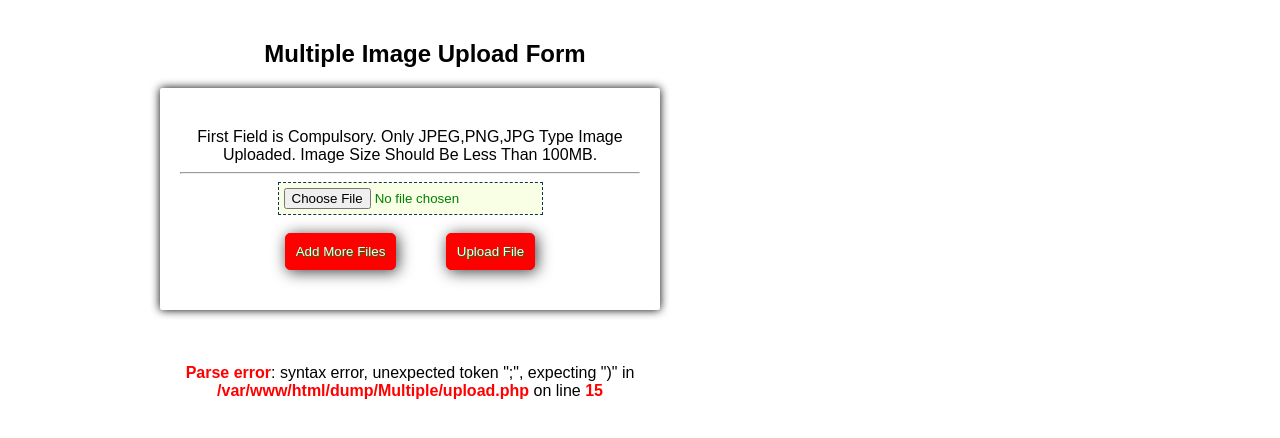
Repository: iker592/PhotoBook
Page: http://localhost/dump/Multiple/multiupload.php
The author's editor kept a record of every edit. The page is drawn from the files as they stood at one moment, then again after the next edit.
The browser window is 1280 px wide. The pictures show the whole page.
Some web fonts or font styles are not loaded; a fallback is used. The page is run by PHP 8.4 with error messages shown; the project is at /var/www/html/.

Above is the page before.

### dump/Multiple/multiupload.php
<!DOCTYPE html>
<html>
    <head>
		<title>Upload Multiple Images Using jquery and PHP</title>
		<!-------Including jQuery from google------>
        <script src="jquery.js"></script>
        <script src="script.js"></script>

		<!-------Including CSS File------>
        <link rel="stylesheet" type="text/css" href="style.css">
    <body>
        <div id="maindiv">

            <div id="formdiv">
                <h2>Multiple Image Upload Form</h2>
                <form enctype="multipart/form-data" action="" method="post">
                    First Field is Compulsory. Only JPEG,PNG,JPG Type Image Uploaded. Image Size Should Be Less Than 100MB.
                    <hr/>
                    <div id="filediv"><input name="file[]" type="file" id="file"/></div><br/>

                    <input type="button" id="add_more" class="upload" value="Add More Files"/>
                    <input type="submit" value="Upload File" name="submit" id="upload" class="upload"/>
                </form>
                <br/>
                <br/>
				<!-------Including PHP Script here------>
                <?php include "upload.php"; ?>
            </div>

		   <!-- Right side div -->

        </div>
    </body>
</html>

### dump/Multiple/upload.php
<?php
if (isset($_POST['submit'])) {
    $j = 0; //Variable for indexing uploaded image

	$target_path = "../../imagenes/"; //Declaring Path for uploaded images
    for ($i = 0; $i < count($_FILES['file']['name']); $i++) {//loop to get individual element from the array
    $target_path = "../../imagenes/";
        $validextensions = array("jpeg", "jpg", "png");  //Extensions which are allowed
        $ext = explode('.', basename($_FILES['file']['name'][$i]));//explode file name from dot(.)
        echo $ext;

        $file_extension = end($ext); //store extensions in the variable

	//	$target_path = $target_path . md5(uniqid()) . "." . $ext[count($ext) - 1];//set the target path with a new name of image
	    $target_path = $target_path . basename($_FILES['file']['name'][$i];
		echo $target_path;
        $j = $j + 1;//increment the number of uploaded images according to the files in array

	  if (($_FILES["file"]["size"][$i] < 100000000) //Approx. 100kb files can be uploaded.
                && in_array($file_extension, $validextensions)) {
            if (move_uploaded_file($_FILES['file']['tmp_name'][$i], $target_path)) {//if file moved to uploads folder
                echo $j. ').<span id="noerror">Image uploaded successfully!.</span><br/><br/>';
            } else {//if file was not moved.
                echo $j. ').<span id="error">please try again!.</span><br/><br/>';
            }
        } else {//if file size and file type was incorrect.
            echo $j. ').<span id="error">***Invalid file Size or Type***</span><br/><br/>';
        }

		// A simple PHP script demonstrating how to connect to MySQL.
		// Press the 'Run' button on the top to start the web server,
		// then click the URL that is emitted to the Output tab of the console.
		 $servername = getenv('IP');
		 $username = getenv('C9_USER');
		 $password = "";
		 $database = "photobook";
		 $dbport = 3306;
		 // Create connection
		 $mysqli = new mysqli($servername, $username, $password, $database, $dbport);
		 // Check connection
		if ($mysqli->connect_error) {
		    die("Connection failed: " . $mysqli->connect_error);
		}
	//	echo "Connected successfully (".$mysqli->host_info.")";
		//$tituloAlbum=$_POST['titulo'];
		$nombreImagen=substr($nombreImagen, 0, -4);
		$sql="INSERT INTO foto (album,usuario,src,titulo) VALUES ('prueba','iker','$target_path','$nombreImagen')";

		if (!mysqli_query($mysqli ,$sql))
		{
			die('Error: ' . mysqli_error($mysqli));
		}
		else echo 'valores insertados';
    }
}
?>

### dump/Multiple/script.js
var abc = 0; //Declaring and defining global increement variable

$(document).ready(function() {

//To add new input file field dynamically, on click of "Add More Files" button below function will be executed
    $('#add_more').click(function() {
        $(this).before($("<div/>", {id: 'filediv'}).fadeIn('slow').append(
                $("<input/>", {name: 'file[]', type: 'file', id: 'file'}),
                $("<br/><br/>")
                ));
    });

//following function will executes on change event of file input to select different file
$('body').on('change', '#file', function(){
            if (this.files && this.files[0]) {
                 abc += 1; //increementing global variable by 1

				var z = abc - 1;
                var x = $(this).parent().find('#previewimg' + z).remove();
                $(this).before("<div id='abcd"+ abc +"' class='abcd'><img id='previewimg" + abc + "' src=''/></div>");

			    var reader = new FileReader();
                reader.onload = imageIsLoaded;
                reader.readAsDataURL(this.files[0]);

			    $(this).hide();
                $("#abcd"+ abc).append($("<img/>", {id: 'img', src: 'x.png', alt: 'delete'}).click(function() {
                $(this).parent().parent().remove();
                }));
            }
        });

//To preview image
    function imageIsLoaded(e) {
        $('#previewimg' + abc).attr('src', e.target.result);
    };

    $('#upload').click(function(e) {
        var name = $(":file").val();
        if (!name)
        {
            alert("First Image Must Be Selected");
            e.preventDefault();
        }
    });
});

### dump/Multiple/style.css
@import url(http://fonts.googleapis.com/css?family=Droid+Sans);
form{
    background-color:white;
}
#maindiv{
    width:960px;
    margin:10px auto;
    padding:10px;
    font-family: 'Droid Sans', sans-serif;
}
#formdiv{
    width:500px;
    float:left;
    text-align: center;
}
form{
    padding: 40px 20px;
    box-shadow: 0px 0px 10px;
    border-radius: 2px;
}
h2{
    margin-left: 30px;
}
.upload{
    background-color:#ff0000;
    border:1px solid #ff0000;
    color:#fff;
    border-radius:5px;
    padding:10px;
    text-shadow:1px 1px 0px green;
    box-shadow: 2px 2px 15px rgba(0,0,0, .75);
}
.upload:hover{
    cursor:pointer;
    background:#c20b0b;
    border:1px solid #c20b0b;
    box-shadow: 0px 0px 5px rgba(0,0,0, .75);
}
#file{
    color:green;
    padding:5px; border:1px dashed #123456;
    background-color: #f9ffe5;
}
#upload{
    margin-left: 45px;
}

#noerror{
    color:green;
    text-align: left;
}
#error{
    color:red;
    text-align: left;
}
#img{
    width: 17px;
    border: none;
    height:17px;
    margin-left: -20px;
    margin-bottom: 91px;
}

.abcd{
    text-align: center;
}

.abcd img{
    height:100px;
    width:100px;
    padding: 5px;
    border: 1px solid rgb(232, 222, 189);
}
b{
    color:red;
}
#formget{
    float:right;

}

Loaded but not shown: dump/Multiple/jquery.js (library)

After the next edit:
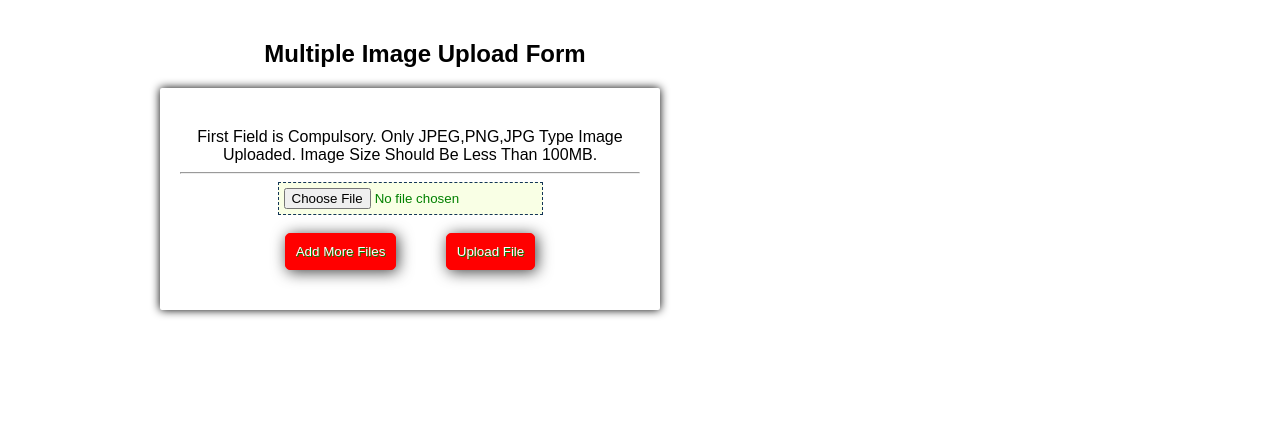
The edit:
--- a/dump/Multiple/upload.php
+++ b/dump/Multiple/upload.php
@@ -12,7 +12,7 @@
         $file_extension = end($ext); //store extensions in the variable
 
 	//	$target_path = $target_path . md5(uniqid()) . "." . $ext[count($ext) - 1];//set the target path with a new name of image
-	    $target_path = $target_path . basename($_FILES['file']['name'][$i];
+	    $target_path = $target_path . basename($_FILES['file']['name'][$i]);
 		echo $target_path;
         $j = $j + 1;//increment the number of uploaded images according to the files in array
 
